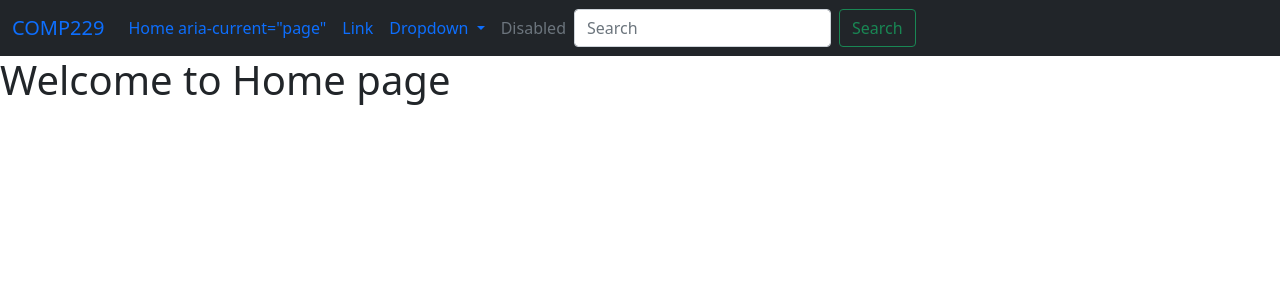
Repository: kiruriluap/COMP229-M2022-Labs
Page: http://localhost/
The author's editor kept a copy of each file at every save. The page is drawn from the files as they stood at one save, then again after the next save.
The browser window is 1280 px wide. The pictures show the whole page.
The page is served by the project's Node server (server.js). Other server files are loaded and not shown.

Above is the page before, as saved 2022-05-28 17:23:24.

### week3-6 Partials - Copy - Copy/views/index.ejs
<!DOCTYPE html>
<html lang="en">
<head>
  <meta charset="UTF-8">
  <meta http-equiv="X-UA-Compatible" content="IE=edge">
  <meta name="viewport" content="width=device-width, initial-scale=1.0">
  <title><%= title %></title>
<!-- CSS Section -->
<link rel="stylesheet" href="/bootstrap/dist/css/bootstrap.min.css">
<link rel="stylesheet" href="/@fortawesome/fontawesome-free/css/all.min.css">
  <link rel='stylesheet' href='/content/app.css' />
</head>
<body>
  <!-- Main Navigator -->
  <nav class="navbar navbar-expand-lg bg-dark">
    <div class="container-fluid">
      <a class="navbar-brand" href="#">COMP229</a>
      <button class="navbar-toggler" type="button" data-bs-toggle="collapse" data-bs-target="#navbarSupportedContent" aria-controls="navbarSupportedContent" aria-expanded="false" aria-label="Toggle navigation">
        <span class="navbar-toggler-icon"></span>
      </button>

      <div class="collapse navbar-collapse" id="navbarSupportedContent">
        <ul class="navbar-nav mr-auto mb-2 mb-lg-0">
          <li class="nav-item active">
            <a class="nav-link active" href="#">Home aria-current="page" </a>
          </li>
          <li class="nav-item">
            <a class="nav-link" href="#">Link</a>
          </li>
          <li class="nav-item dropdown">
            <a class="nav-link dropdown-toggle" href="#" id="navbarDropdown" role="button" data-bs-toggle="dropdown" aria-expanded="false">
              Dropdown
            </a>
            <ul class="dropdown-menu" aria-labelledby="navbarDropdown">
              <li><a class="dropdown-item" href="#">Action</a></li>
              <li><a class="dropdown-item" href="#">Another action</a></li>
              <li><hr class="dropdown-divider"></li>
              <li><a class="dropdown-item" href="#">Something else here</a></li>
            </ul>
          </li>
          <li class="nav-item">
            <a class="nav-link disabled">Disabled</a>
          </li>
        </ul>
        <form class="d-flex" role="search">
          <input class="form-control me-2" type="search" placeholder="Search" aria-label="Search">
          <button class="btn btn-outline-success" type="submit">Search</button>
        </form>
      </div>
    </div>
  </nav>
  <h1>Welcome to <%= title %> page</h1>


<!-- Script Section -->
<script src="/jquery/dist/jquery.min.js"></script>
<script src="/bootstrap/dist/js/bootstrap.min.js"></script>
    <script src="/Scripts/app.js"></script>
</body>
</html>

### week3-6 Partials - Copy - Copy/server.js
#!/usr/bin/env node

/**
 * Module dependencies.
 */

var app = require('./app');
var debug = require('debug')('week3-2:server');
var http = require('http');

/**
 * Get port from environment and store in Express.
 */

var port = normalizePort(process.env.PORT || '3000');
app.set('port', port);

/**
 * Create HTTP server.
 */

var server = http.createServer(app);

/**
 * Listen on provided port, on all network interfaces.
 */

server.listen(port);
server.on('error', onError);
server.on('listening', onListening);

/**
 * Normalize a port into a number, string, or false.
 */

function normalizePort(val) {
  var port = parseInt(val, 10);

  if (isNaN(port)) {
    // named pipe
    return val;
  }

  if (port >= 0) {
    // port number
    return port;
  }

  return false;
}

/**
 * Event listener for HTTP server "error" event.
 */

function onError(error) {
  if (error.syscall !== 'listen') {
    throw error;
  }

  var bind = typeof port === 'string'
    ? 'Pipe ' + port
    : 'Port ' + port;

  // handle specific listen errors with friendly messages
  switch (error.code) {
    case 'EACCES':
      console.error(bind + ' requires elevated privileges');
      process.exit(1);
      break;
    case 'EADDRINUSE':
      console.error(bind + ' is already in use');
      process.exit(1);
      break;
    default:
      throw error;
  }
}

/**
 * Event listener for HTTP server "listening" event.
 */

function onListening() {
  var addr = server.address();
  var bind = typeof addr === 'string'
    ? 'pipe ' + addr
    : 'port ' + addr.port;
  debug('Listening on ' + bind);
}

### week3-6 Partials - Copy - Copy/routes/index.js
var express = require('express');
var router = express.Router();

/* GET Home page. */
router.get('/', function(req, res, next) {
  res.render('index', { title: 'Home' });
});

/* GET Home page. */
router.get('/home', function(req, res, next) {
  res.render('index', { title: 'Home' });
});

/* GET About Me page. */
router.get('/about', function(req, res, next) {
  res.render('index', { title: 'About' });
});

/* GET Projects page. */
router.get('/projects', function(req, res, next) {
  res.render('index', { title: 'Projects' });
});

/* GET Services page. */
router.get('/services', function(req, res, next) {
  res.render('index', { title: 'Services' });
});

/* GET Contact page. */
router.get('/Contact', function(req, res, next) {
  res.render('index', { title: 'Contact' });
});

module.exports = router;

### week3-6 Partials - Copy - Copy/app.js
//installed 3rd party packages
let createError = require('http-errors');
let express = require('express');
let path = require('path');
let cookieParser = require('cookie-parser');
let logger = require('morgan');

let indexRouter = require('./routes/index');
let usersRouter = require('./routes/users');

let app = express();

// view engine setup
app.set('views', path.join(__dirname, 'views'));
app.set('view engine', 'ejs');//express -e

app.use(logger('dev'));
app.use(express.json());
app.use(express.urlencoded({ extended: false }));
app.use(cookieParser());
app.use(express.static(path.join(__dirname, 'public')));
app.use(express.static(path.join(__dirname, 'node_modules')));

app.use('/', indexRouter);
app.use('/users', usersRouter);

// catch 404 and forward to error handler
app.use(function(req, res, next) {
  next(createError(404));
});

// error handler
app.use(function(err, req, res, next) {
  // set locals, only providing error in development
  res.locals.message = err.message;
  res.locals.error = req.app.get('env') === 'development' ? err : {};

  // render the error page
  res.status(err.status || 500);
  res.render('error');
});

module.exports = app;

### week3-6 Partials - Copy - Copy/public/Scripts/app.js
//IIFE --Immedistely involved function expression
(function(){

function start()
{
console.log("App started........");
}

window.addEventListener("load", start);

})();

### week3-6 Partials - Copy - Copy/public/Content/app.css
/* custom css goes here */

After the next save:
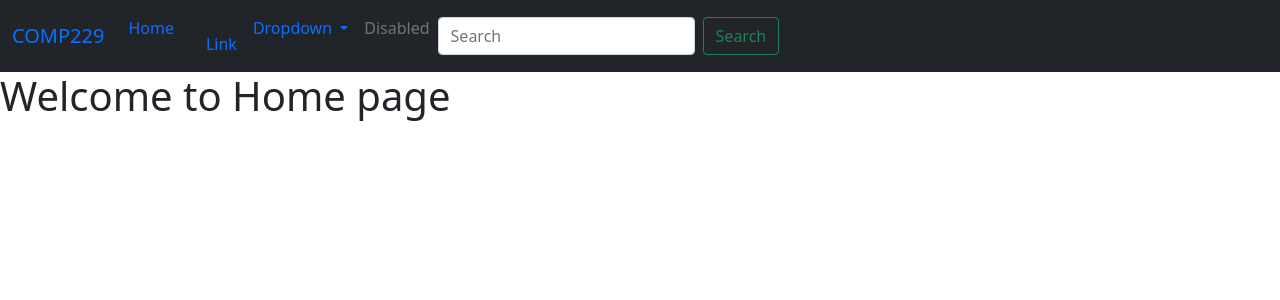
Saved 4 s later.
--- a/week3-6 Partials - Copy - Copy/views/index.ejs
+++ b/week3-6 Partials - Copy - Copy/views/index.ejs
@@ -22,7 +22,7 @@
       <div class="collapse navbar-collapse" id="navbarSupportedContent">
         <ul class="navbar-nav mr-auto mb-2 mb-lg-0">
           <li class="nav-item active">
-            <a class="nav-link active" href="#">Home aria-current="page" </a>
+            <a class="nav-link active" href="#">Home <aria-current="page" </a>
           </li>
           <li class="nav-item">
             <a class="nav-link" href="#">Link</a>
